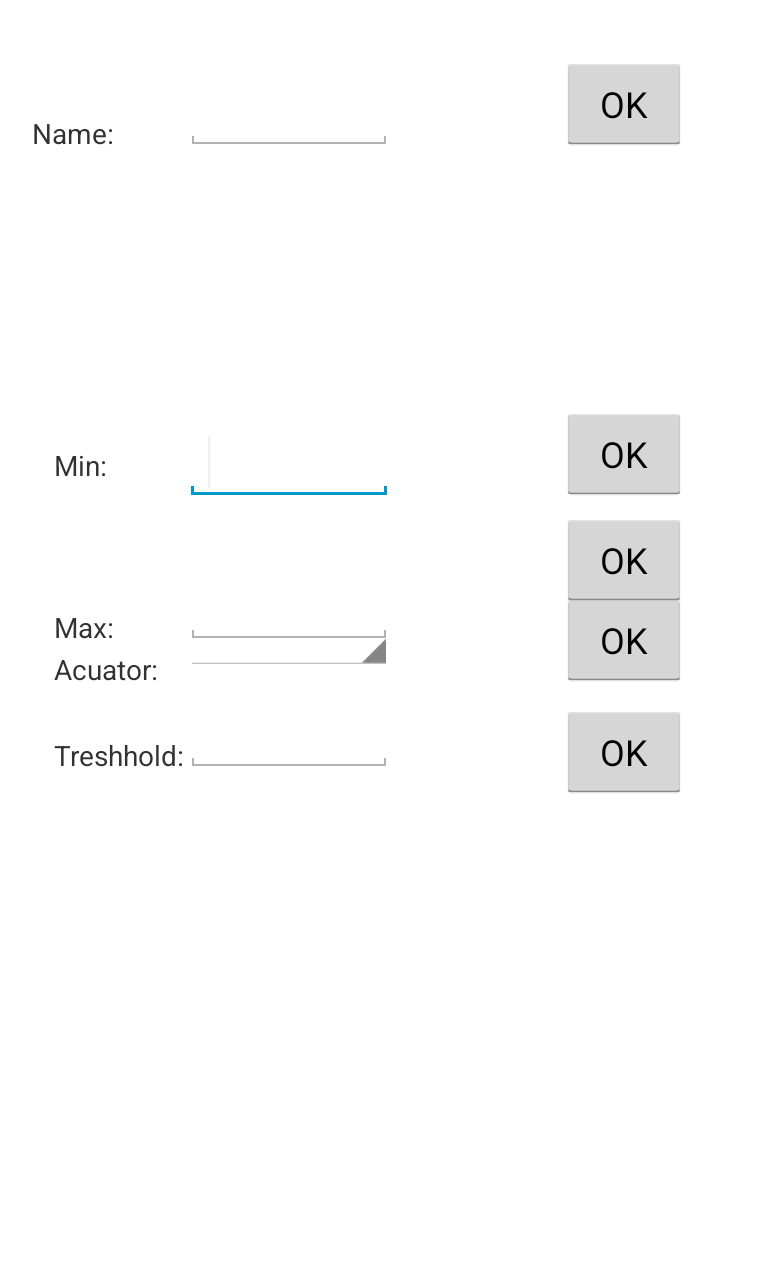
Repository: CTIS-SP-Team5/greenAgent
Layout: Android/GreenAgent/GreenAgent/res/layout/activity_view_setting.xml
The author's editor kept a copy of each file at every save. The layout is drawn from the files as they stood at one save, then again after the next save.
It is drawn on a 768 x 1280 px phone screen (xhdpi) without system bars, with theme AppTheme; the app's code is not run.

Above is the layout before, as saved 2014-05-05 18:08:52.

After the next save:
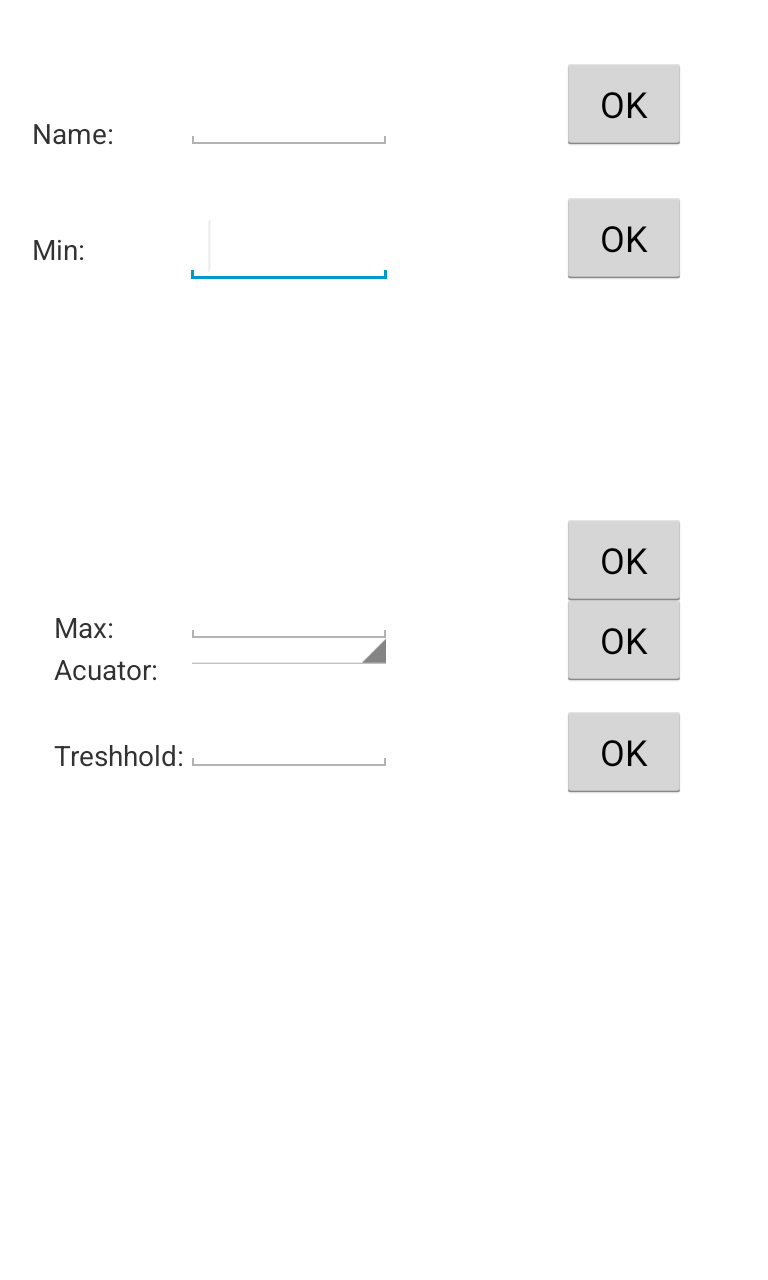
Saved 48 s later.
--- a/Android/GreenAgent/GreenAgent/res/layout/activity_view_setting.xml
+++ b/Android/GreenAgent/GreenAgent/res/layout/activity_view_setting.xml
@@ -7,6 +7,15 @@
     android:paddingRight="@dimen/activity_horizontal_margin"
     android:paddingTop="@dimen/activity_vertical_margin"
     tools:context=".ViewSettingActivity" >
+
+    <TextView
+        android:id="@+id/textView1"
+        android:layout_width="wrap_content"
+        android:layout_height="wrap_content"
+        android:layout_alignLeft="@+id/textView2"
+        android:layout_below="@+id/textView2"
+        android:layout_marginTop="39dp"
+        android:text="Min:" />
 
     <TextView
         android:id="@+id/textView2"
@@ -127,14 +136,4 @@
         android:layout_alignLeft="@+id/button2"
         android:text="OK" />
 
-    <TextView
-        android:id="@+id/textView1"
-        android:layout_width="wrap_content"
-        android:layout_height="wrap_content"
-        android:layout_above="@+id/button3"
-        android:layout_alignLeft="@+id/textView3"
-        android:layout_alignRight="@+id/textView2"
-        android:layout_marginBottom="14dp"
-        android:text="Min:" />
-
 </RelativeLayout>
